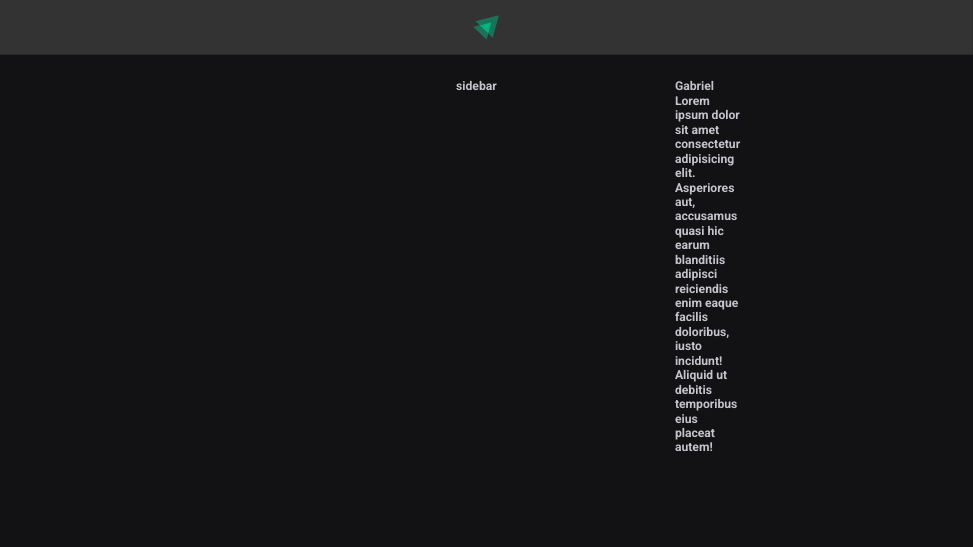
Repository: viniimartins/reactFundamentosRocketseat
Page: /
These files come from the project's save history. The page is drawn as it stood at one moment and after a run of saves; the edit follows.
The browser window is 1280 px wide. The pictures show the whole page, at 76% of full size.
The project was rebuilt for these pictures with package versions that can differ from the ones it lists, and the page was loaded fresh each time. Also part of the build but not shown: vite.config.js.

Above is the page before, as saved 2023-04-28 16:02:30.

After the next 5 saves:
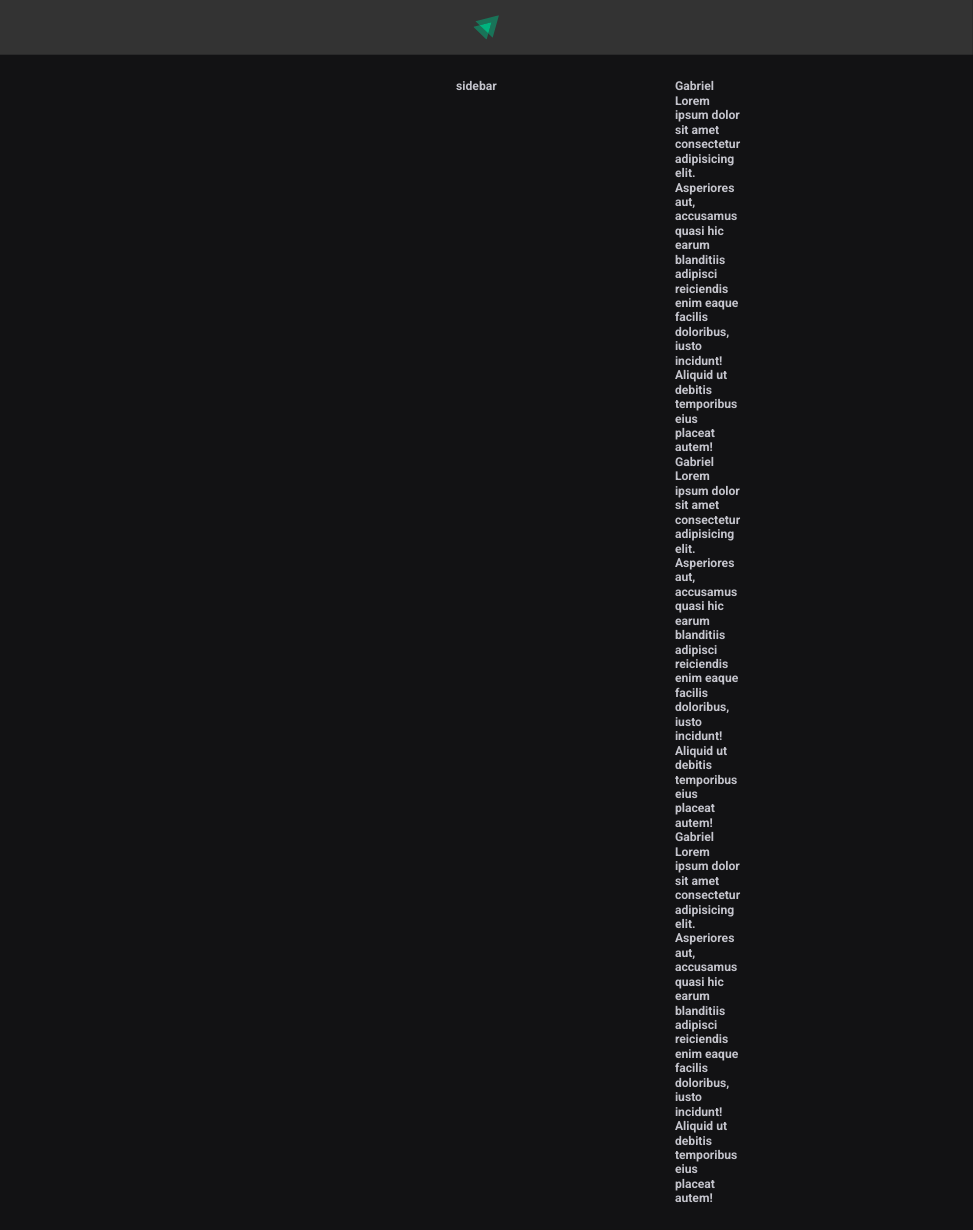
The 5 saves are shown as one change because they came seconds apart.
The last was saved 13 s later.
--- a/src/App.jsx
+++ b/src/App.jsx
@@ -15,12 +15,20 @@
           sidebar
         </aside>
         <main>
+          <Post
+            author="Gabriel"
+            content="Lorem ipsum dolor sit amet consectetur adipisicing elit. Asperiores aut, accusamus quasi hic earum blanditiis adipisci reiciendis enim eaque facilis doloribus, iusto incidunt! Aliquid ut debitis temporibus eius placeat autem!"
+          />
 
           <Post
             author="Gabriel"
             content="Lorem ipsum dolor sit amet consectetur adipisicing elit. Asperiores aut, accusamus quasi hic earum blanditiis adipisci reiciendis enim eaque facilis doloribus, iusto incidunt! Aliquid ut debitis temporibus eius placeat autem!"
           />
 
+          <Post
+            author="Gabriel"
+            content="Lorem ipsum dolor sit amet consectetur adipisicing elit. Asperiores aut, accusamus quasi hic earum blanditiis adipisci reiciendis enim eaque facilis doloribus, iusto incidunt! Aliquid ut debitis temporibus eius placeat autem!"
+          />
         </main>
       </div>
     </>
